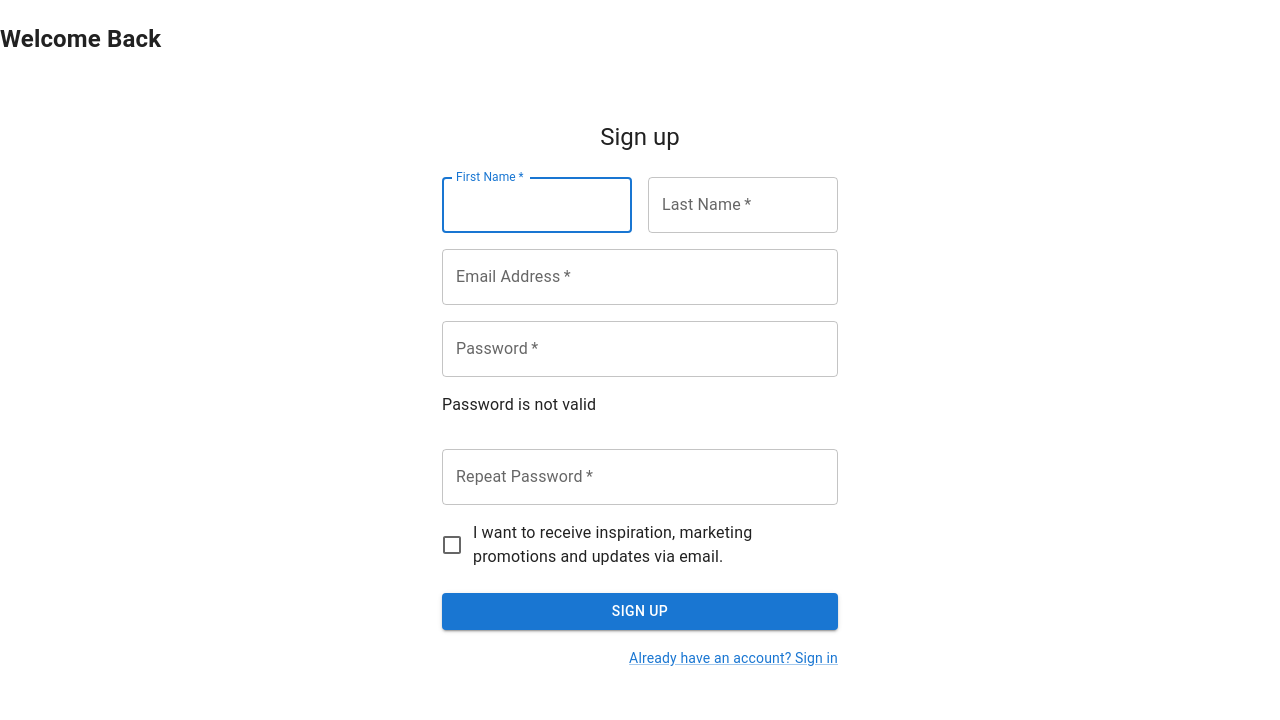
Repository: NGHIAVN1/Note
Page: /
The author's editor kept a copy of each file at every save. The page is drawn from the files as they stood at one save, then again after the next save.
The browser window is 1280 px wide. The pictures show the whole page.
The project was rebuilt for these pictures with package versions that can differ from the ones it lists, and the page was loaded fresh each time. Also part of the build but not shown: vite.config.js, src/Pet.jsx, src/useBreedList.jsx, src/SearchParams.jsx.

Above is the page before, as saved 2024-03-05 16:39:42.

After the next save:
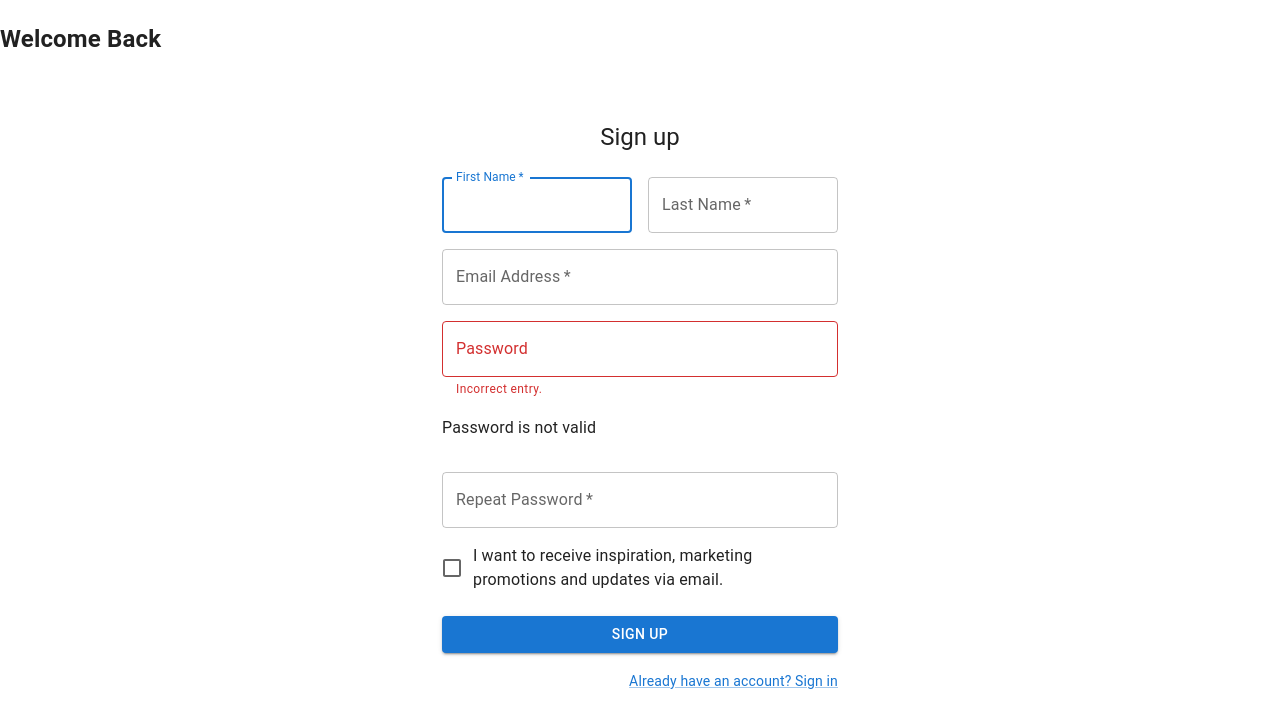
Saved 3 min 49 s later.
--- a/src/Register.jsx
+++ b/src/Register.jsx
@@ -87,12 +87,13 @@ export default function RegisterUser() {
               </Grid>
               <Grid item xs={12}>
                 <TextField
-                  required
+                  error
                   fullWidth
                   name="password"
                   label="Password"
                   type="password"
                   id="password"
+                  helperText="Incorrect entry."
                   onChange={(e) => {
                     setPassword(e.target.value);
                   }}
